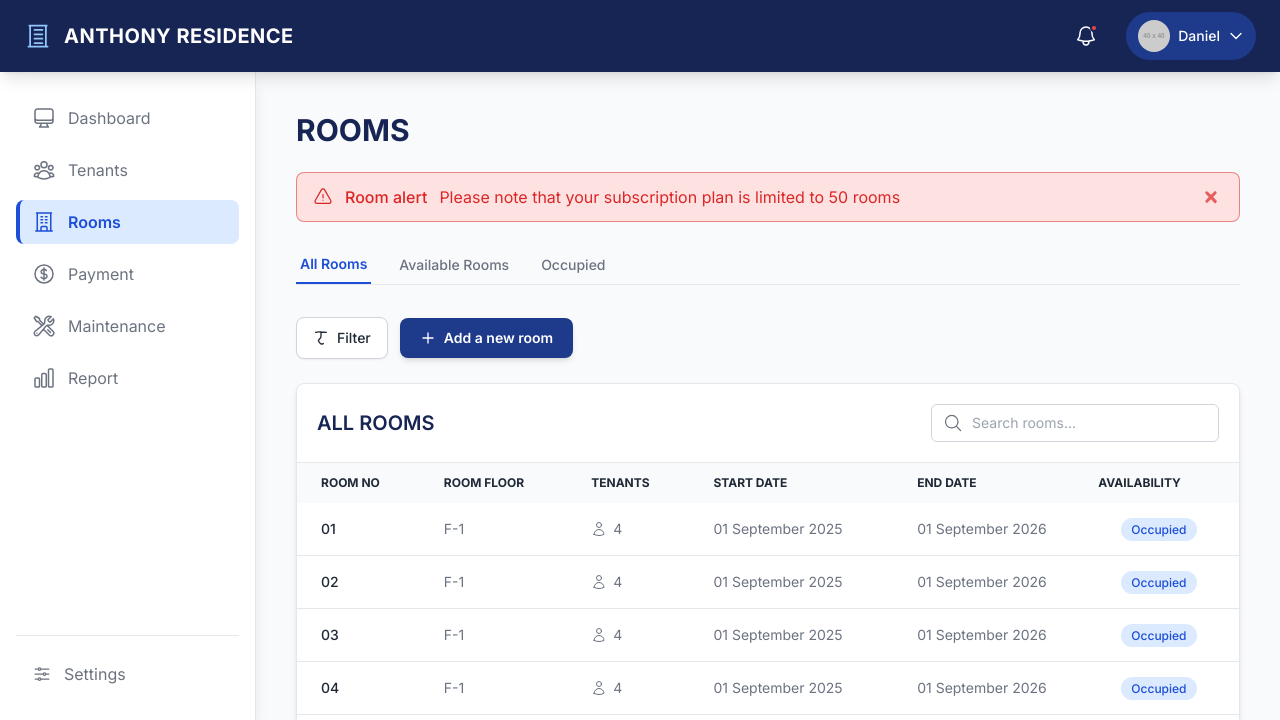
Repository: phyronsoftware-project/Room_Rental_Management_System
Page: http://localhost/rooms
The author's editor kept a copy of each file at every save. The page is drawn from the files as they stood at one save, then again after the next save.
The browser window is 1280 px wide. The pictures show the whole page.
An inner scrolling area shows only its first screen. Some web libraries are served in a nearby version. The page is served by the project's Laravel application, run on PHP 8.4 with Laravel 12.

Above is the page before, as saved 2026-01-16 21:47:51.

After the next save:
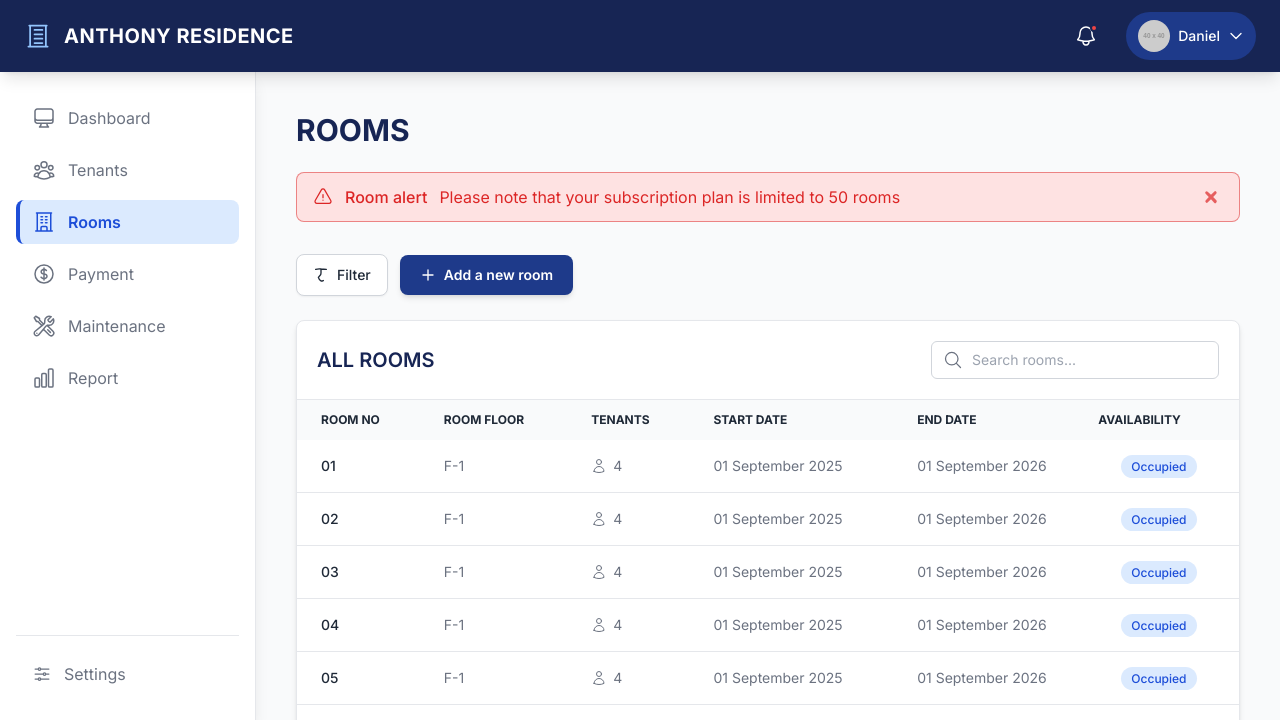
Saved 5 s later.
--- a/resources/views/rooms/all_rooms.blade.php
+++ b/resources/views/rooms/all_rooms.blade.php
@@ -37,14 +37,7 @@
             </div>
 
             <!-- Tabs and Filters -->
-            <div class="flex items-center gap-6 border-b border-gray-200">
-                <a href="#" class="py-2 px-1 text-sm font-semibold text-primary border-b-2 border-primary">All
-                    Rooms</a>
-                <a href="rooms_avail_rooms.php"
-                    class="py-2 px-1 text-sm font-medium text-text-mid hover:text-text-dark">Available Rooms</a>
-                <a href="rooms_occupied_rooms.php"
-                    class="py-2 px-1 text-sm font-medium text-text-mid hover:text-text-dark">Occupied</a>
-            </div>
+
             <div class="flex justify-between items-center pt-2">
                 <!-- Tabs -->
 
